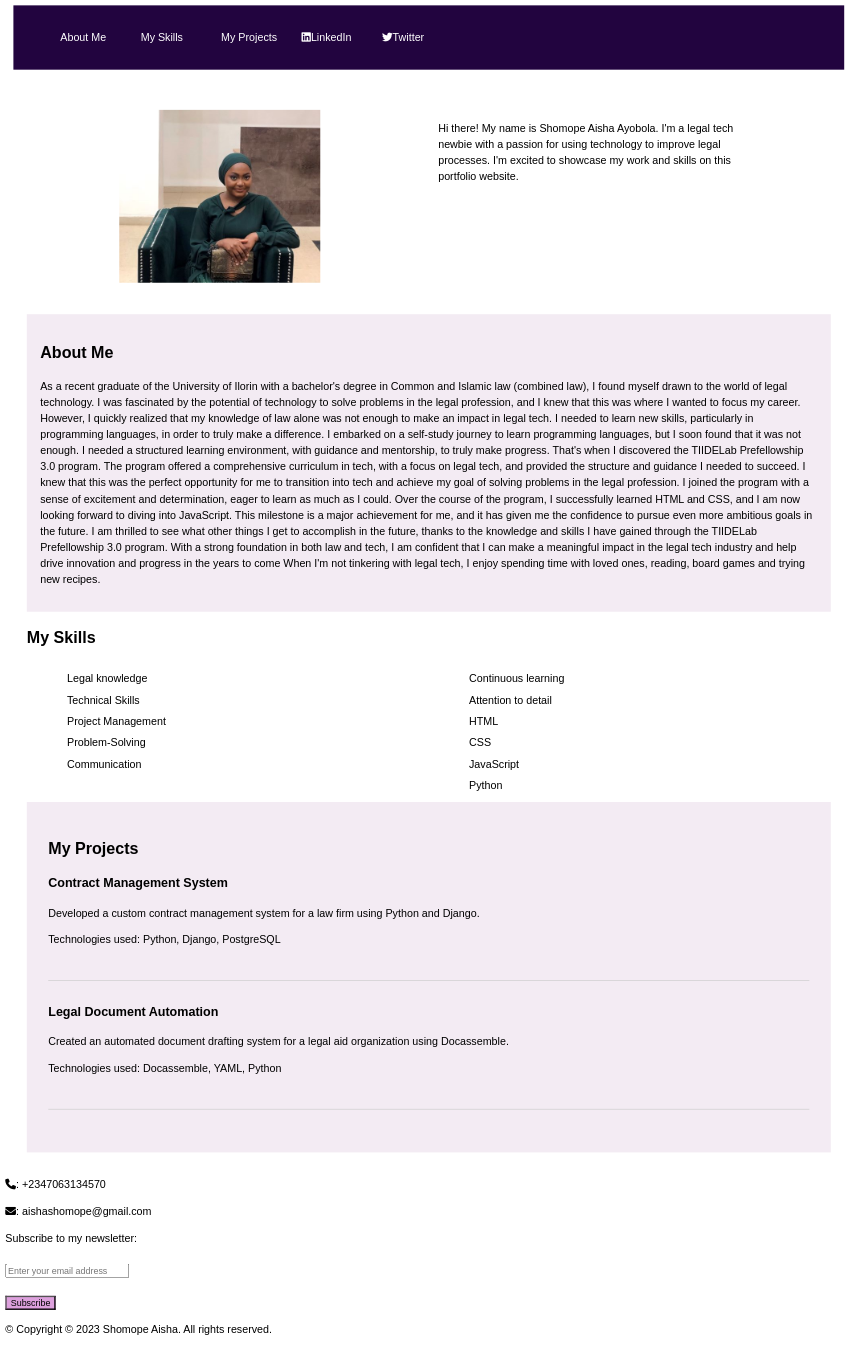
Repository: Iyewande/AishasPortfolio
Page: Index.html
An editor plug-in stored every save of this project. The page is shown before and after the next save, followed by the edit.
The browser window is 1280 px wide. The pictures show the whole page, at 67% of full size.
Some web libraries are served in a nearby version.

Above is the page before, as saved 2023-05-04 22:17:42.

### Index.html
<!DOCTYPE html>
<html lang="en">
    <head>
        <meta charset="UTF-8">
        <meta http-equiv="X-UA-Compatible" content="IE=edge">
        <meta name="viewport" content="width=device-width, initial-scale=1.0">
        <title>My Legal Tech Portfolio</title>
        <link rel="stylesheet" href="Style.css">
        <script src="https://kit.fontawesome.com/dcc74d8766.js" crossorigin="anonymous"></script>
    </head>
    <body>
        <div class="main-container">
        <!-- This HTML code creates a simple portfolio website with three main sections: About Me, My Projects, and My Skills.
            The navigation menu allows visitors to easily navigate between the sections of the website. The CSS styling for
            this website is located in a separate style.css file. -->
        <header id="header">
            <div>

            </div>
            <nav>
                <ul>
                    <li><a href="#about">About Me</a></li>
                    <li><a href="#skills">My Skills</a></li>
                    <li><a href="#projects">My Projects</a></li>
                    <li><a href="https://www.linkedin.com/in/shomope-aisha-ayobola/"><i class="fa-brands fa-linkedin"></i>LinkedIn</a></li>
                    <li><a href="https://twitter.com/ShomopeAisha"><i class="fa-brands fa-twitter"></i>Twitter</a></li>
                  </ul>
            </nav>
        </header>
        <main>
            <section id="landingPage">
                <div id="image">
                    <img id="img" src="E17CF07F-F5B1-4C94-9C3E-8D25C5FEC29B.jpg" alt="A picture of me">
                </div>
                <div id="heading">
                    <p>Hi there! My name is Shomope Aisha Ayobola.  I'm a legal tech newbie with a passion for using technology to improve legal processes. I'm excited to
                        showcase my work and skills on this portfolio website.
                    </p>
                </div>

            </section>
            <section  id="about">
                <div id="aboutMe">
                    <h2>About Me</h2>
                </div>
                <div id="paragraph">
                    <p>
                        As a recent graduate of the University of Ilorin with a bachelor's degree in Common and Islamic law (combined law), I found myself drawn to the world of legal technology. I was fascinated by the potential of technology to solve problems in the legal profession, and I knew that this was where I wanted to focus my career.
                        However, I quickly realized that my knowledge of law alone was not enough to make an impact in legal tech. I needed to learn new skills, particularly in programming languages, in order to truly make a difference. I embarked on a self-study journey to learn programming languages, but I soon found that it was not enough. I needed a structured learning environment, with guidance and mentorship, to truly make progress.
                        That's when I discovered the TIIDELab Prefellowship 3.0 program. The program offered a comprehensive curriculum in tech, with a focus on legal tech, and provided the structure and guidance I needed to succeed. I knew that this was the perfect opportunity for me to transition into tech and achieve my goal of solving problems in the legal profession.
                        I joined the program with a sense of excitement and determination, eager to learn as much as I could. Over the course of the program, I successfully learned HTML and CSS, and I am now looking forward to diving into JavaScript. This milestone is a major achievement for me, and it has given me the confidence to pursue even more ambitious goals in the future.
                        I am thrilled to see what other things I get to accomplish in the future, thanks to the knowledge and skills I have gained through the TIIDELab Prefellowship 3.0 program. With a strong foundation in both law and tech, I am confident that I can make a meaningful impact in the legal tech industry and help drive innovation and progress in the years to come
                        When I'm not tinkering with legal tech, I enjoy spending time with loved ones, reading, board games and trying new recipes.
                    </p>
                </div>

            </section>
              <section id="skills">
                <div id="mySkills">
                    <h2>My Skills</h2>
                </div>
               <div id="list">
                    <div id="unordered">
                         <p>Legal knowledge</p>
                         <p>Technical Skills</p>
                         <p>Project Management</p>
                         <p>Problem-Solving</p>
                         <p>Communication</p>
                    </div>
                    <div id="ordered">
                        <p>Continuous learning</p>
                        <p>Attention to detail</p>
                        <p>HTML</p>
                        <p>CSS</p>
                        <p>JavaScript</p>
                        <p>Python</p>
                </div>
              </section>
              <section id="projects">
                <div class="main-container"></div>
                <h2>My Projects</h2>
                <ul>
                  <li>
                    <h3>Contract Management System</h3>
                    <p>Developed a custom contract management system for a law firm using Python and Django.</p>
                    <p>Technologies used: Python, Django, PostgreSQL</p>
                  </li>
                  <li>
                    <h3>Legal Document Automation</h3>
                    <p>Created an automated document drafting system for a legal aid organization using Docassemble.</p>
                    <p>Technologies used: Docassemble, YAML, Python</p>
                  </li>
                </ul>
              </section>
              <section>
                <!-- <h3 id="futureProjects">Future projects</h3> -->
                <!-- As a complete legal tech newbie with only legal knowledge, HTML, and CSS skills, you can still build a portfolio
                       that showcases your abilities and potential. Here are some project ideas: -->

                <!-- <ul>
                    <li>
                        <h3>Legal blog or website</h3>
                        <p>Create a blog or website that discusses legal topics, provides legal advice, or offers legal services.</p>
                        <p>Tools:My HTML and CSS skills to design and build the website, and my legal knowledge to create
                            engaging and informative content.</p>
                    </li>
                    <li>
                        <h3>Legal case study</h3>
                        <p> Analyze a legal case and create a detailed report that summarizes the facts, legal issues, and outcomes.</p>
                    </li>
                    <li>
                        <h3>Legal newsletter</h3>
                        <p>Develop a newsletter that provides updates on legal news, recent court decisions, or changes in legislation.</p>
                    </li>
                    <li>
                        <h3>Legal Podcast </h3>
                        <p>Create a podcast that discusses legal topics or features interviews with legal professionals.</p>
                    </li>
                    <li>
                        <h3>Legal infographic</h3>
                        <p>Create an infographic that explains a legal concept or process in a visually engaging way.</p>
                    </li>
                    <h3>Legal research database</h3>
                    <p>Build a legal research database that allows users to search for legal cases or statutes using keywords, topics, and other criteria.</p>
                    </li>
                    <li>
                        <h3>Document automation</h3>
                        <p>Develop a tool that automates the creation of legal documents, such as contracts or agreements, using templates and user input.</p>
                    </li>
                    <li>
                        <h3>Contract management system</h3>
                        <p>Create a system that manages the entire contract lifecycle, from drafting to negotiation to execution and beyond.</p>
                    </li>
                    <li>
                        <h3>Compliance tracking tool</h3>
                        <p>Build a tool that helps companies track their compliance with legal regulations, such as data privacy laws or labor laws.</p>
                    </li>
                    <li>
                        <h3>Legal analytics dashboard</h3>
                        <p>Develop a dashboard that provides insights and analytics on legal data, such as case outcomes or legal spend.</p>
                    </li>
                    <li>
                        <h3>E-discovery tool</h3>
                        <p>Create a tool that helps legal teams manage electronic discovery, including searching, reviewing, and producing relevant documents for litigation.</p>
                    </li>
                    <li>
                        <h3>Virtual legal assistant</h3>
                        <p>Build a virtual assistant that can answer legal questions, provide guidance on legal processes, or assist with legal research.</p>
                    </li>
                </ul>
              </section>
              <p>These projects will help demonstrate my creativity, technical skills, and understanding of legal concepts.
                They can be used to showcase my work to potential employers, clients, or collaborators in the legal tech industry.
                As I continue to learn and develop your skills, I can incorporate more advanced technical components into my
                portfolio projects.</p> -->

        </main>
        <!-- footer: contains content that appears at the bottom of the page, such as copyright information. -->
            <div id="footer">
                <div class="contact">
                    <p><i class="fa-sharp fa-solid fa-phone"></i>: +2347063134570</p>
                    <p><i class="fa-solid fa-envelope"></i>: aishashomope@gmail.com</p>
                </div>
                <form action="#" method="post">
                    <label for="subscribe">Subscribe to my newsletter:</label>
                    <br><br>
                    <input type="email" id="subscribe" name="subscribe" placeholder="Enter your email address">
                    <br><br>
                    <button class=btn type="submit">Subscribe</button>
                </form>
                <p>&copy; Copyright © 2023 Shomope Aisha. All rights reserved.</p>
            </div>
    </div>
    </body>
</html>

### Style.css
/* Specific styles */

/* Header Styles */
#header {
  background-color: rgb(34, 4, 63);
  color: #fff;
  display: flex;
}

.header-container {
  display: flex;
  justify-content: space-between;
  align-items: center;
}

nav ul {
  display: flex;
  list-style: none;
}

nav ul li {
  margin: 0 10px;
  display: inline-block;
  width: 100px;
}

nav ul li a {
  color: #fff;
  text-decoration: none;
}

#landingPage {
  display: flex;
  margin: 20px;
  padding: 20px;
  justify-content: space-around;
}

#image{
  width: 25%;
}
#img{
  width: 300px;
}

#heading{
  width: 40%;
}

  #about {
    background-color: rgb(243, 235, 243);
    padding: 20px;
  }

  #about p {
    margin-bottom: 1em;
  }
  #aboutMe h2{
    font-size: 24px;
  }

  #projects ul {
    list-style: none;
    margin: 0;
    padding: 0;
  }

  #projects li {
    border-bottom: 1px solid #ccc;
    margin-bottom: 2em;
    padding-bottom: 2em;
  }

  #projects h3 {
    margin-top: 0;
  }

  #projects p {
    margin-bottom: 1em;
  }

  #projects {
    background-color: rgb(243, 235, 243);
    padding: 2em;
  }

  #futureProjects li {
    background-color: rgb(243, 235, 243);
    padding: 2em;
  }


  #skills ul {
    display: grid;
    grid-template-columns: repeat(auto-fit, minmax(120px, 1fr));
    grid-gap: 1em;
  }

  #skills li {
    background-color: #f7f7f7;
    border: 1px solid #ccc;
    border-radius: 4px;
    padding: 1em;
    text-align: center;
  }

  #list{
    display: flex;
    justify-content: space-around;
  }

  #unordered{
    width: 40%;
    line-height: 1;
  }

  #ordered{
    width: 40%;
    line-height: 1;
  }


   */
  /* Global Styles */
* {
    box-sizing: border-box;
    margin: 0;
    padding: 0;
}

body {
    font-family: Arial, sans-serif;
    font-size: 16px;
    line-height: 1.5;
}

header, main, footer {
    max-width: 1200px;
    margin: 0 auto;
    padding: 20px;
}

/* Footer styles */
footer{
    background-color: rgb(34, 4, 63);
    color: #fff;
}
/* Hover Style */
nav ul li a:hover {
    text-decoration: underline;
}

.btn {
    background-color:plum;
}
.btn:hover {
    background-color:purple;
    color: white;
}


/* Focus Style */
input:focus {
    background-color: plum;
  }

/* Pseudo style */
h3{
    font-weight: bold;
}

After the next save:
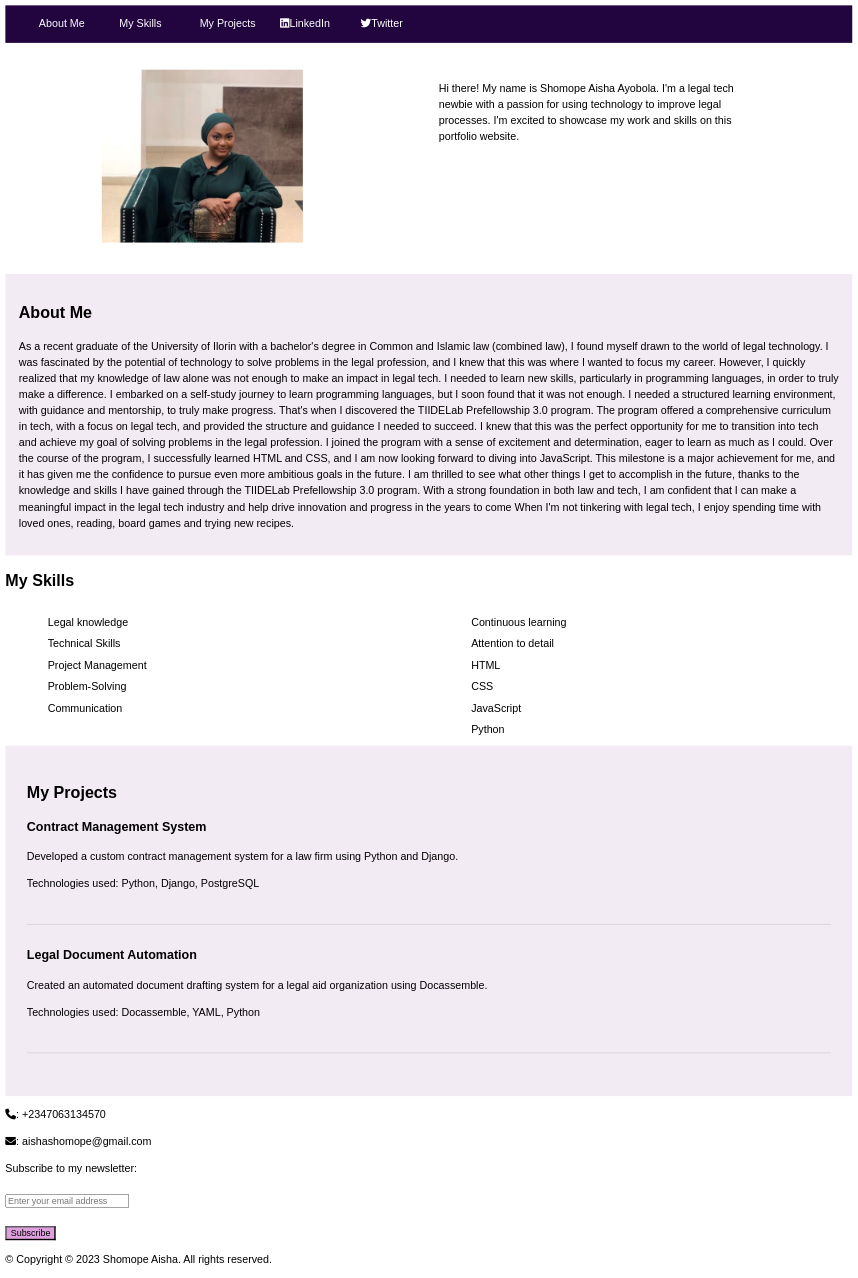
Saved 63 s later.
--- a/Style.css
+++ b/Style.css
@@ -134,7 +134,7 @@
     line-height: 1.5;
 }
 
-header, main, footer {
+header, main, {
     max-width: 1200px;
     margin: 0 auto;
     padding: 20px;

After the save that followed:
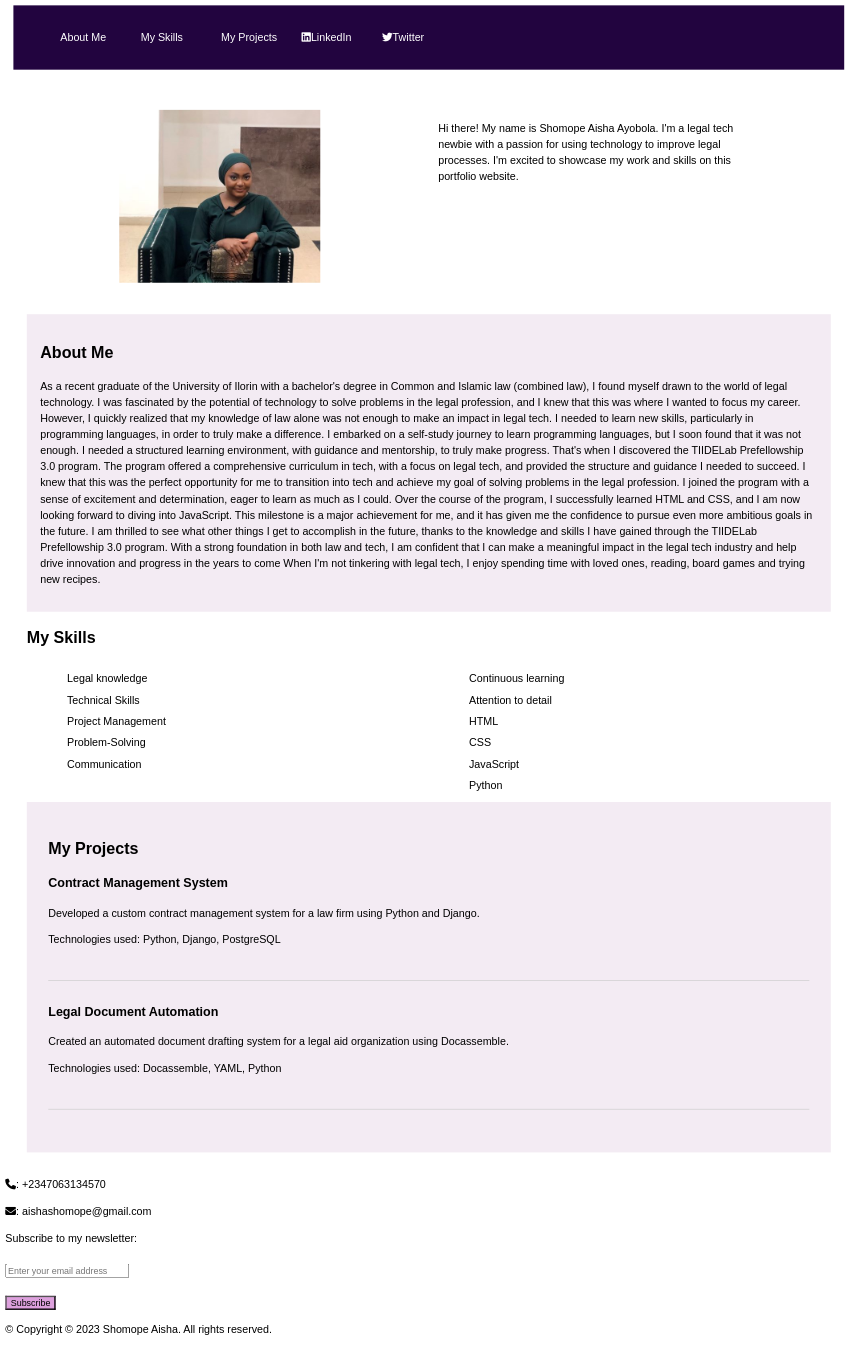
Saved 6 s later.
--- a/Style.css
+++ b/Style.css
@@ -134,7 +134,7 @@
     line-height: 1.5;
 }
 
-header, main, {
+header, main {
     max-width: 1200px;
     margin: 0 auto;
     padding: 20px;
